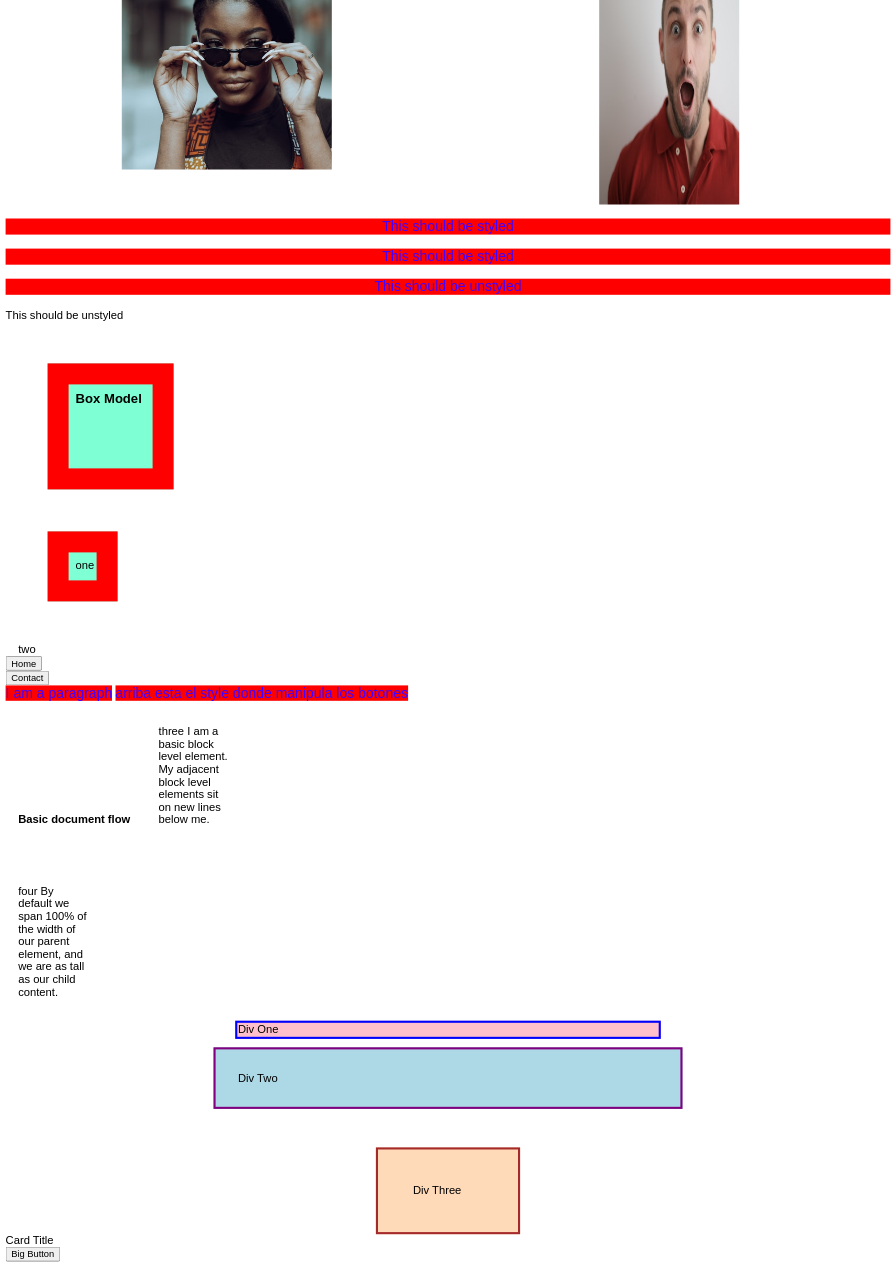
Repository: HeliosAI9/First-test-website
Page: mywebsite/html-boilerplate/pagetwo.html
These files come from the project's save history. The page is drawn as it stood at one moment and after the next save; the edit follows.
The browser window is 1280 px wide. The pictures show the part of the page from y = 1163 to 3083 px (the page is 2973 px tall before and 3083 px after), at 70% of full size.

Above is the page before, as saved 2023-05-31 10:07:33.
Not found: mywebsite/html-boilerplate/script.js

### mywebsite/html-boilerplate/pagetwo.html
<!DOCTYPE html>
<html lang="en">
<head>
  <meta charset="UTF-8">
  <meta http-equiv="X-UA-Compatible" content="IE=edge">
  <meta name="viewport" content="width=device-width, initial-scale=1.0">
  <title>Combined Assignments</title>
  <link rel="stylesheet" href="css/style.css">
</head>
<body>
  <h1>Hello World!</h1>

  <div class="first-element">First Element</div>
  <div class="second-element">Second Element</div>
  <p class="odd">Number 1 - in my class</p>
  <p id="second">Number 2 in life and one in ID</p>
  <p class="odd">I'm a class but cooler 3</p>
  <p id="fourth" class="odd">I'm another ID</p>
  <p class="odd">I'm a class</p>

  <button class="inverted">Click Me!</button>
  <button class="fancy">No, Click Me!</button>

  <h2>Cascade and Specificity</h2>
  <p class="para">This exercise focuses on understanding the cascade and specificity in CSS.</p>
  <p class="para small-para">By adjusting the rule order and selector specificity, we can control how styles are applied to elements.</p>
  <button id="confirm-button" class="button confirm">Understanding the cascade helps us avoid conflicts and create targeted styles for specific elements.</button>
  <button id="cancel-button" class="button cancel">We can leverage combinators, selectors, and rule order to achieve the desired style hierarchy.</button>
  <div class="text">By mastering the cascade, we gain greater control over the appearance of our web pages.</div>
  <div class="text">I'm a div with thin text and a child div!
    <div class="child">I'm a smaller child div with extra bold text.</div>
  </div>

  <div class="image-container">
    <img src="images/pexels-andrea-piacquadio-3777931.jpg" alt="Avatar" class="avatar proportioned">
    <img src="images/pexels-katho-mutodo-8434791.jpg" alt="Distorted" class="avatar distorted">
  </div>
  <div class="image-container">
    <img src="images/pexels-katho-mutodo-8434791.jpg" alt="Avatar" class="avatar proportioned">
    <img src="images/pexels-andrea-piacquadio-3777931.jpg" alt="Distorted" class="avatar distorted">
  </div>

  <div>
    <p>This should be styled</p>
    <div>
      <p>This should be styled</p>
      <p>This should be unstyled</p>
    </div>
  </div>
  <p>This should be unstyled</p>

  <h3 class="class">Box Model</h3>
  <p class="one">one</p>
  <p class="two">two</p>


  <script src="script.js"></script>

  <div id="my-section">
    <style>
      #my-section button {
        display: block;
      }
      #my-section p {
        display: inline;
      }
    </style>
    <button>Home</button>
    <button>Contact</button>
    <p>I am a paragraph</p>
    <p>arriba esta el style donde manipula los botones</p>
  </div>


  <h4 class="class">Basic document flow</h4>

  <p class="three">three I am a basic block level element. My adjacent block level elements sit on new
    lines below me.
  </p>

  <p class="four">four By default we span 100% of the width of our parent element, and we are as tall
    as our child content.
  </p>

  <div class="div-one assignment-div">Div One</div>
  <div class="div-two assignment-div">Div Two</div>
  <div class="div-three assignment-div">Div Three</div>


  <div class="card">
    <div class="card-title">Card Title</div>
    <div class="card-content">
      <!-- Content sections -->
    </div>
    <div class="button-container">
      <button class="big-button">Big Button</button>
    </div>
  </div>

</body>
</html>

### mywebsite/html-boilerplate/css/style.css
/* Styles from your previous assignments */
.first-element {
    background-color: black;
    color: white;
    font-size: 28px;
    font-family: "Helvetica", "Times New Roman", sans-serif;
  }

  .second-element {
    background-color: yellow;
    font-size: 28px;
    font-family: "Helvetica", "Times New Roman", sans-serif;
  }

  .odd {
    background-color: lightpink;
    font-family: "Verdana", "DejaVu Sans", sans-serif;
  }

  #second {
    color: blue;
    font-size: 36px;
  }

  #fourth {
    background-color: lightgreen;
    font-size: 24px;
    font-weight: bold;
  }

  /* Styles from the new assignment */
  .avatar.proportioned {
    width: 300px;
    aspect-ratio: 1/1; /* Maintain original square proportions */
  }

  .avatar.distorted {
    width: 200px;
    height: 400px; /* Height is twice the width */
  }

  .image-container {
    display: grid;
    grid-template-columns: repeat(2, 1fr); /* Update the value to 1fr */
    gap: 0; /* Set the gap value to 0 */
    justify-items: center; /* Center the items horizontally */
    align-items: center; /* Center the items vertically */
  }

  div p {
    background-color: rgb(255, 0, 0);
    color: rgb(64, 0, 255);
    font-size: 20px;
    text-align: center;
  }

  body {
    font-family: Arial, Helvetica, sans-serif;
  }

  h2.para,
  h2.small-para {
    color: hsl(0, 0%, 0%);
    font-weight: 800;
  }

  h2.para {
    font-size: 22px;
  }

  .button.confirm {
    background-color: green;
    color: white;
    font-weight: bold;
  }

  h2.text .child {
    color: rgb(0, 0, 0);
    font-weight: 800;
    font-size: 14px;
  }

  h3.class {
    background-color: aquamarine;
    padding: 10px;
    border: 30px solid red;
    margin: 60px;
    height: 100px;
    width: 100px;
  }

  .one {
    background-color: aquamarine;
    padding: 10px;
    border: 30px solid red;
    margin: 60px;
    height: 100px;
    width: 100px;
    box-sizing: border-box;
  }

  .two {
    display: inline;
    width: 100px;
    height: 160px;
    padding: 18px;
  }

  h4.class {
    display: inline;
    width: 100px;
    height: 160px;
    padding: 18px;
  }

  .three {
    display: inline-block;
    width: 100px;
    height: 160px;
    padding: 18px;
  }

  .four {
    display: block;
    width: 100px;
    height: 160px;
    padding: 18px;
  }

  .assignment-div {
    padding: 32px;
    max-width: 600px;
    margin: 0 auto;
  }

  .assignment-div.div-one {
    margin-bottom: 12px;
    background: pink;
    border: 3px solid blue;
    padding: 1px;

  }

  .assignment-div.div-two {
    margin-bottom: 55px;
    background: lightblue;
    border: 3px solid purple;
  }

  .assignment-div.div-three {
    margin-left: left;
    background: peachpuff;
    border: 3px solid brown;
    width: 100px;
    padding: 50px;

  }

After the next save:
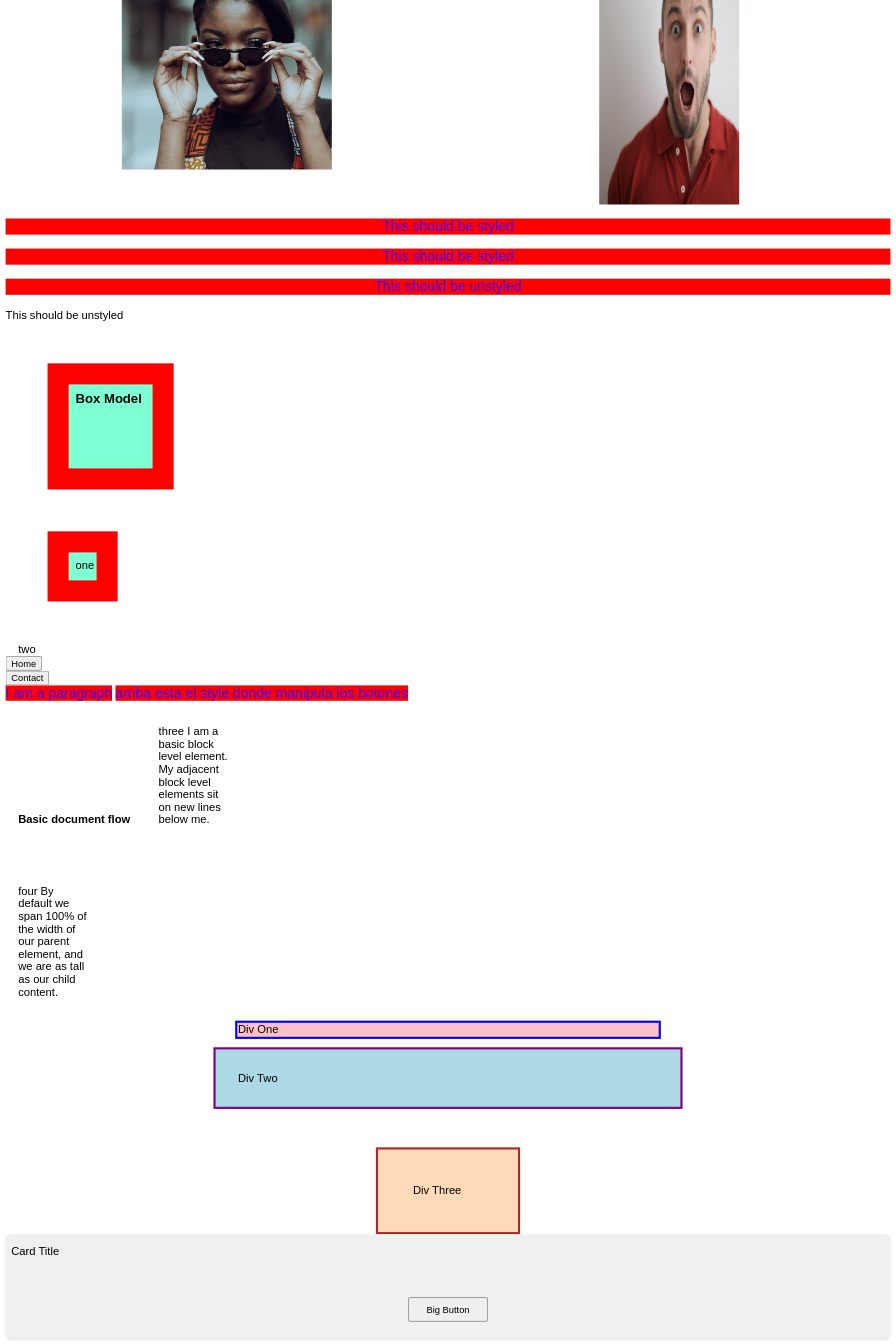
Saved 4 s later.
--- a/mywebsite/html-boilerplate/css/style.css
+++ b/mywebsite/html-boilerplate/css/style.css
@@ -155,3 +155,31 @@
     padding: 50px;
 
   }
+
+  .card {
+    background-color: #f0f0f0;
+    border-radius: 8px;
+    box-shadow: 0px 2px 4px rgba(0, 0, 0, 0.1);
+    padding: 8px;
+  }
+
+  .card-title {
+    font-size: 16px;
+    margin: 8px 0;
+  }
+
+  .card-content {
+    padding: 16px 8px;
+  }
+
+  .button-container {
+    display: flex;
+    justify-content: center;
+    padding: 8px;
+  }
+
+  .big-button {
+    display: block;
+    margin: 8px auto;
+    padding: 8px 24px;
+  }
